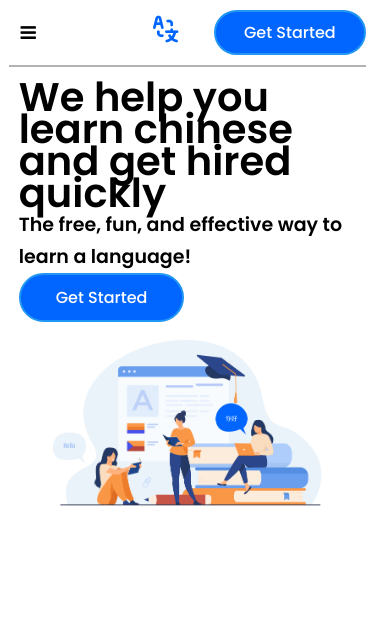
Repository: BinhIT/ChineseLearn
Page: index.html
An editor plug-in stored every save of this project. The page is shown before and after the next save, followed by the edit.
The browser window is 375 px wide. The pictures show the whole page.

Above is the page before, as saved 2023-03-01 15:46:32.

After the next save:
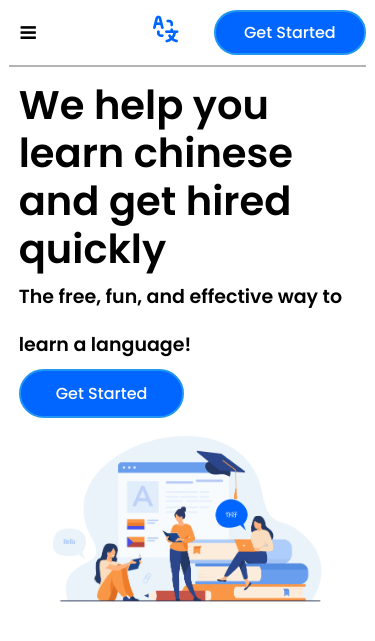
Saved 4 s later.
--- a/css/section.css
+++ b/css/section.css
@@ -73,7 +73,7 @@
 
 @media only screen and (min-width: 360px) and (max-width:594px) {
     .hero-col1 {
-        line-height: 2em;
+        line-height: 3em;
     }
 
     .hero-col2 img {
